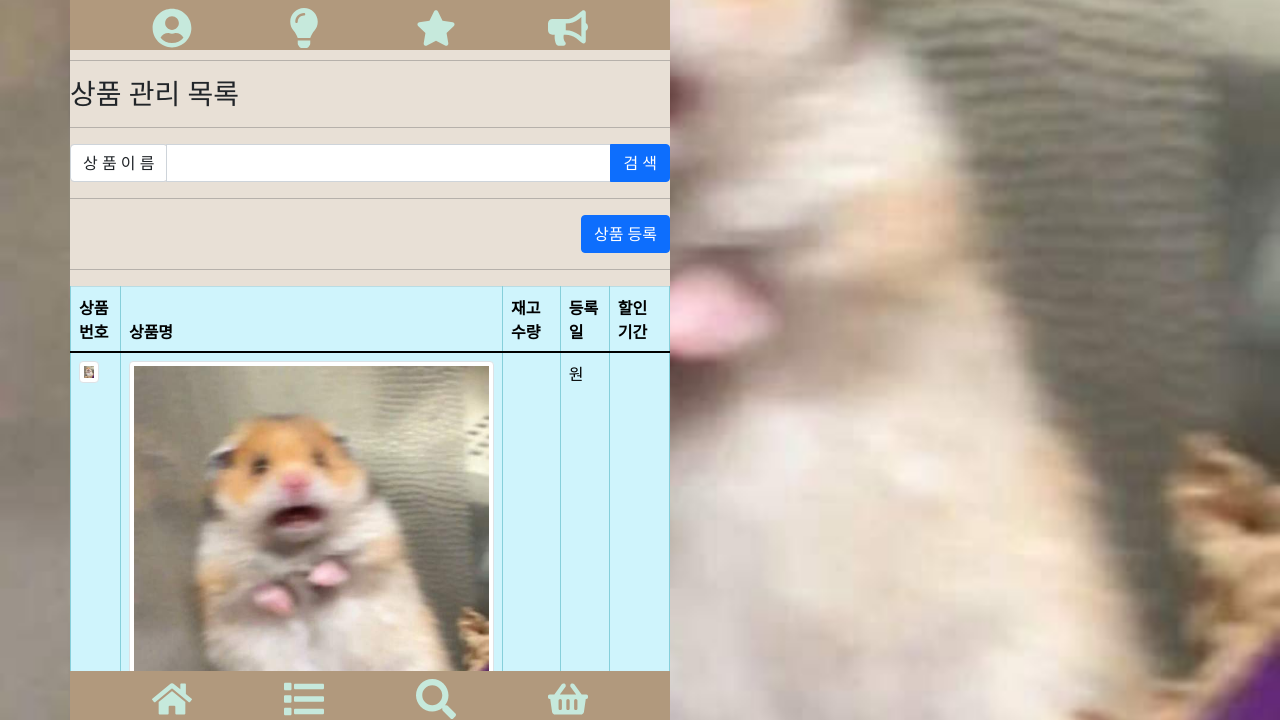
Repository: heegyu97/project
Page: http://localhost/0801_mvc2/WEB-INF/views/seller/productList.jsp
An editor plug-in stored every save of this project. The page is shown before and after the next save, followed by the edit.
The browser window is 1280 px wide. The pictures show the whole page.
An inner scrolling area shows only its first screen. Some web libraries are served in a nearby version. The page is served by Tomcat 9. Nobody is signed in. Other server files are loaded and not shown. The template is opened directly, without the code that normally fills it, so the values that code supplies are empty.

Above is the page before, as saved 2022-08-11 08:13:22.

### 0801_mvc2/src/main/webapp/WEB-INF/views/seller/productList.jsp
<%@ page language="java" contentType="text/html; charset=UTF-8"
    pageEncoding="UTF-8"%>
<%@ taglib uri="http://java.sun.com/jsp/jstl/core" prefix="c" %>
<html>
	<head>
		<meta charset="UTF-8">
		<title> 상품 목록 </title>
		<script src="https://ajax.googleapis.com/ajax/libs/jquery/3.6.0/jquery.min.js"></script>
		<%@ include  file ="/WEB-INF/views/style_link.jsp" %>
		<style type="text/css">
		</style>
	</head>
	<body>
	<%@ include file="/WEB-INF/views/header.jsp" %>
		<hr>
		<h3> 상품 관리 목록 </h3>
		<hr>
		<form action="${pageContext.request.contextPath}/product/list" method="get">
			<div class="input-group">
				<div class="input-group-prepend">
					<select class="form-control" id="searchOption" name="searchOption">
						<option value="prdt_name"
							<c:if test="${search_dto.searchOption == 'prdt_name'}">selected="selected"</c:if>
						> 상 품 이 름 </option>
						<option value="mid"
							<c:if test="${search_dto.searchOption == 'mid'}">selected="selected"</c:if>
						> 판 매 자 </option>
					</select>
				</div>
				<input type="text" class="form-control" id="searchWord" name="searchWord"
						value="${search_dto.searchWord}">
				<div class="input-group-append">
					<button type="submit" class="btn btn-primary"> 검 색 </button>
				</div>
			</div>
		</form>
		<hr>
		<div class="clearfix">
			<a href="${pageContext.request.contextPath}/seller/form">
				<button class="btn btn-primary float-right"> 상품 등록 </button>
			</a>
		</div>
		<hr>
		<table class="table table-hover table-bordered table-info">
			<col class="col-1">
			<thead>
				<tr>
					<th>상품번호</th>	<th>상품명</th>
					<th>재고수량</th> <th>등록일</th> <th>할인 기간</th>
				</tr>
			</thead>
			<tbody>
<%-- 				<c:forEach var="dto" items="${list}"> --%>
				<c:forEach  begin="1" end="2">
					<tr>
						<td><%-- 상품번호 --%>
							<a href="${pageContext.request.contextPath}/guest/detail">
								<img width="20px" height="20px" src="${pageContext.request.contextPath}/resources/img/bg.jpeg" class="img-thumbnail ">
							</a>
						</td>
						<td><%-- 썸네일 ${dto.thumbnail_path} --%>
							<img src="${pageContext.request.contextPath}/resources/img/bg.jpeg" class="img-thumbnail">
						</td>
						<td>
							<a href="${pageContext.request.contextPath}/product/detail?prdt_no=${dto.prdt_no}">
								${dto.prdt_name}
							</a>
						</td>
						<td><%--  --%>
							${dto.sale_price} 원
						</td>
						<td>${dto.mid}</td>
					</tr>
				</c:forEach>
			</tbody>
		</table>
		<hr>
		<%-- 페이징 --%>
		<ul class="pagination">
			<c:if test="${startPageNum > 10}">
				<li class="page-item mx-auto">
					<a class="page-link"
						href="${pageContext.request.contextPath}/product/list?userWantPage=${startPageNum-1}&searchOption=${search_dto.searchOption}&searchWord=${search_dto.searchWord}">
						Previous
					</a>
				</li>
			</c:if>
			<c:forEach var="page_no" begin="${startPageNum}" end="${endPageNum}">
				<c:choose>
					<c:when test="${page_no == userWantPage}">
						<li class="page-item active mx-auto">
							<a class="page-link">${page_no}</a>
						</li>
					</c:when>
					<c:otherwise>
						<li class="page-item mx-auto">
							<a class="page-link"
								href="${pageContext.request.contextPath}/product/list?userWantPage=${page_no}&searchOption=${search_dto.searchOption}&searchWord=${search_dto.searchWord}">
								${page_no}
							</a>
						</li>
					</c:otherwise>
				</c:choose>
			</c:forEach>
			<c:if test="${lastPageNum > endPageNum}">
				<li class="page-item mx-auto">
					<a class="page-link"
						href="${pageContext.request.contextPath}/product/list?userWantPage=${endPageNum+1}&searchOption=${search_dto.searchOption}&searchWord=${search_dto.searchWord}">
						Next
					</a>
				</li>
			</c:if>
		</ul>
		<hr>
	<%@ include file="/WEB-INF/views/footer.jsp" %>
	</body>
</html>

### 0801_mvc2/src/main/webapp/WEB-INF/views/style_link.jsp
<%@ page language="java" contentType="text/html; charset=UTF-8"
    pageEncoding="UTF-8"%>
<%@ taglib uri="http://java.sun.com/jsp/jstl/core" prefix="c" %>

<script
	src="https://ajax.googleapis.com/ajax/libs/jquery/3.6.0/jquery.min.js"></script>
<link rel="stylesheet"
	href="https://cdn.jsdelivr.net/npm/bootstrap@4.6.1/dist/css/bootstrap.min.css">
<script
	src="https://cdn.jsdelivr.net/npm/popper.js@1.16.1/dist/umd/popper.min.js"></script>
<script
	src="https://cdn.jsdelivr.net/npm/bootstrap@4.6.1/dist/js/bootstrap.bundle.min.js"></script>
<!-- ckeditor -->
<script src="//cdn.ckeditor.com/4.19.0/full/ckeditor.js"></script>
<!-- bootstrap to icon -->
<script defer
	src="https://use.fontawesome.com/releases/v5.0.8/js/solid.js"
	integrity="sha384-+Ga2s7YBbhOD6nie0DzrZpJes+b2K1xkpKxTFFcx59QmVPaSA8c7pycsNaFwUK6l"
	crossorigin="anonymous"></script>
<script defer
	src="https://use.fontawesome.com/releases/v5.0.8/js/fontawesome.js"
	integrity="sha384-7ox8Q2yzO/uWircfojVuCQOZl+ZZBg2D2J5nkpLqzH1HY0C1dHlTKIbpRz/LG23c"
	crossorigin="anonymous"></script>
<link
	href="https://cdn.jsdelivr.net/npm/bootstrap@5.0.2/dist/css/bootstrap.min.css"
	rel="stylesheet"
	integrity="sha384-EVSTQN3/azprG1Anm3QDgpJLIm9Nao0Yz1ztcQTwFspd3yD65VohhpuuCOmLASjC"
	crossorigin="anonymous">
<!-- main 기준 공용 -->
<link rel="stylesheet"
	href= "${pageContext.request.contextPath}/resources/E1I3/CSS/style_share.css">
<!-- nav 버튼 사이 거리 조정 -->
<link rel="stylesheet"
	href="${pageContext.request.contextPath}/resources/E1I3/CSS/style_hf.css">

<!-- 0811에 추가 -->
<%@ taglib prefix="fmt" uri="http://java.sun.com/jsp/jstl/fmt" %>

### 0801_mvc2/src/main/webapp/WEB-INF/views/header.jsp
<%@ page language="java" contentType="text/html; charset=UTF-8"
	pageEncoding="UTF-8"%>
<%@ taglib uri="http://java.sun.com/jsp/jstl/core" prefix="c"%>
<div class="container">
	<div class="row">
		<div id="aaa" class="col-lg-6 ">
			<iframe id="bbb" name="adver-frame"
				src="${pageContext.request.contextPath}/adver"></iframe>
		</div>


		<!-- 화면 나누기 :home 화면 오른쪽 : iframe to main -->
		<div id="ccc" class="col-lg-6">
			<!-- footer col6 -->
			<div class="nav">
				<!-- MENU -->
				<section class="servics">
					<div class="icons">
						<div class="child icon1">
							<a class="nav-link" href="${pageContext.request.contextPath}/loginform">
								<i class="fa fa-user-circle" style="width:40px; height:40px; color: #C6E9DC" ></i>
							</a>
						</div>
						<div class="child icon2">
							<a class="nav-link" href="${pageContext.request.contextPath}/tip/tip">
								<i class="fa fa-lightbulb" style="width:40px; height:40px; color: #C6E9DC" ></i>
							</a>
						</div>
						<div class="child icon3">
							<a class="nav-link" href="${pageContext.request.contextPath}/home">
								<i class="fa fa-star" style="width:40px; height:40px; color: #C6E9DC" ></i>
							</a>
						</div>
						<div class="child icon4">
							<a class="nav-link"
								href="${pageContext.request.contextPath}/home"> <i
								class="fa fa-bullhorn" style="width:40px; height:40px; color: #C6E9DC" ></i>
							</a>
						</div>
					</div>
				</section>

			</div>
			<main>
				<!-- 여백 -->
				<h3 style="margin-bottom: 60px"></h3>

### 0801_mvc2/src/main/webapp/WEB-INF/views/footer.jsp
<%@ page language="java" contentType="text/html; charset=UTF-8"
	pageEncoding="UTF-8"%>
<h3 style="margin-top: 60px"></h3>
</main>
<div class="nav" style="bottom: -1px;">
	<!-- MENU -->
	<section class="servics">
		<div class="icons">
			<div class="child icon1">
				<a class="nav-link" href="${pageContext.request.contextPath}/home">
				   <i class="fa fa-home"  style="width:40px; height:40px; color: #C6E9DC" ></i>
				</a>
			</div>
			<div class="child icon2">
				<a class="nav-link" href="${pageContext.request.contextPath}/home">
					<i class="fa fa-list"  style="width:40px; height:40px; color: #C6E9DC" ></i>
				</a>
			</div>
			<div class="child icon3">
				<a class="nav-link" href="${pageContext.request.contextPath}/home">
					<i class="fa fa-search"  style="width:40px; height:40px; color: #C6E9DC" ></i>
				</a>
			</div>
			<div class="child icon4">
				<a class="nav-link" href="${pageContext.request.contextPath}/home">
					<i class="fa fa-shopping-basket"  style="width:40px; height:40px; color: #C6E9DC" ></i>
				</a>
			</div>
		</div>
	</section>

</div>
</div>
<!-- col6 -->
</div>
<!-- row  -->
</div>
<!-- contain  -->

### 0801_mvc2/src/main/webapp/resources/E1I3/CSS/style_share.css
@charset "UTF-8";

.servics{
   width: 100%;
   text-align: center;
}
.icons{
	display: flex;
	justify-content: center;
}
.child{
	text-align: center;
}

main{
	width : 600px;
}
.nav{
		display : inline-block;
		width : 600px;
		height : 50px;
		z-index: 2;
		background-color: #B1997D;
		position: fixed;

}
main{
	width : 600px;
}

body{
	background-image: url('${pageContext.request.contextPath}/resources/img/bg.jpeg');
	background-repeat: no-repeat;
 	background-position: center;
	background-size: cover;
}


#adver-frame {width : 100%;height : 100%}
	@media only screen and (max-width : 1400px ){
	#aaa{
		display: none;
	}

}


#ccc{
	display : inline-block;
  	height: 100vh;
  	background-color : #E8E0D6;
}

::-webkit-scrollbar {
	display: none;
}


#bbb,#ccc {

  	padding: 0px;
  	margin: 0px;
 	overflow: auto;
	width: 600px;
	min-width: 600px;
}
#bbb {
	list-style-type: none;
  	height: 100%;
 	position: fixed;
}

### 0801_mvc2/src/main/webapp/resources/E1I3/CSS/style_hf.css
@charset "UTF-8";

.icon1, .icon2, .icon3{
	margin-right: 10%;
}

After the next save:
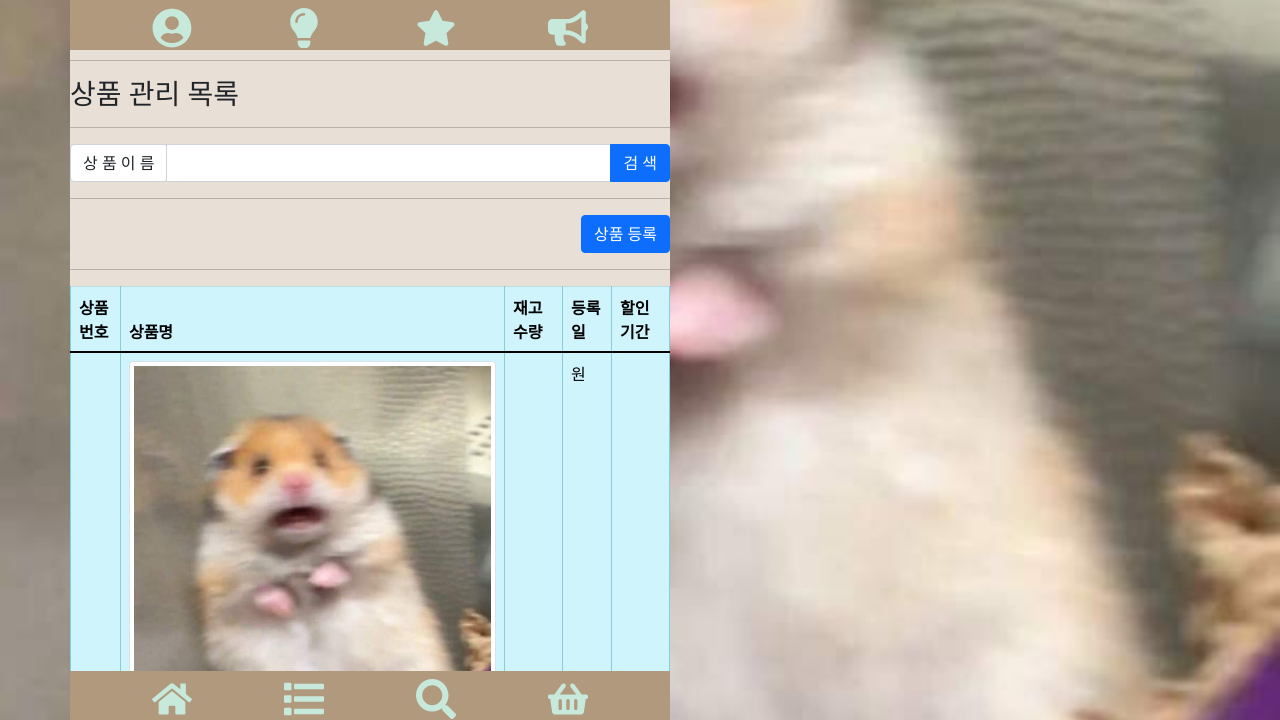
Saved 25 s later.
--- a/0801_mvc2/src/main/webapp/WEB-INF/views/seller/productList.jsp
+++ b/0801_mvc2/src/main/webapp/WEB-INF/views/seller/productList.jsp
@@ -46,7 +46,7 @@
 			<thead>
 				<tr>
 					<th>상품번호</th>	<th>상품명</th>
-					<th>재고수량</th> <th>등록일</th> <th>할인 기간</th>
+					<th>재고수량</th> <th>등록일</th> <th>할인기간</th>
 				</tr>
 			</thead>
 			<tbody>
@@ -54,9 +54,7 @@
 				<c:forEach  begin="1" end="2">
 					<tr>
 						<td><%-- 상품번호 --%>
-							<a href="${pageContext.request.contextPath}/guest/detail">
-								<img width="20px" height="20px" src="${pageContext.request.contextPath}/resources/img/bg.jpeg" class="img-thumbnail ">
-							</a>
+
 						</td>
 						<td><%-- 썸네일 ${dto.thumbnail_path} --%>
 							<img src="${pageContext.request.contextPath}/resources/img/bg.jpeg" class="img-thumbnail">
